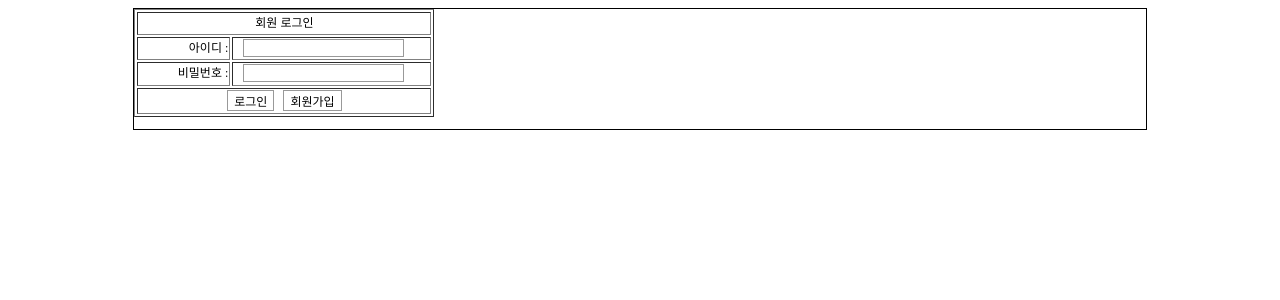
Repository: DynamicRD/jsp_Study
Page: http://localhost/jspStudy/memberone/login.jsp
An editor plug-in stored every save of this project. The page is shown before and after the next save, followed by the edit.
The browser window is 1280 px wide. The pictures show the whole page.
The page is served by Tomcat 9.

Above is the page before, as saved 2024-12-11 00:48:24.

After the next save:
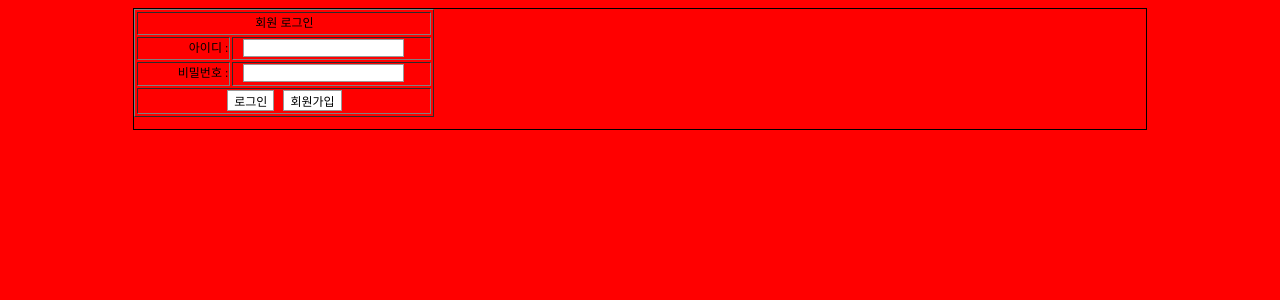
Saved 25 s later.
--- a/jspStudy/src/main/webapp/css/style.css
+++ b/jspStudy/src/main/webapp/css/style.css
@@ -4,6 +4,7 @@ BODY {
 	FONT-SIZE: 9pt;
 	COLOR: black;
 	LINE-HEIGHT: 160%;
+	background-color: red;
 }
 main{
 	width: 80%;
